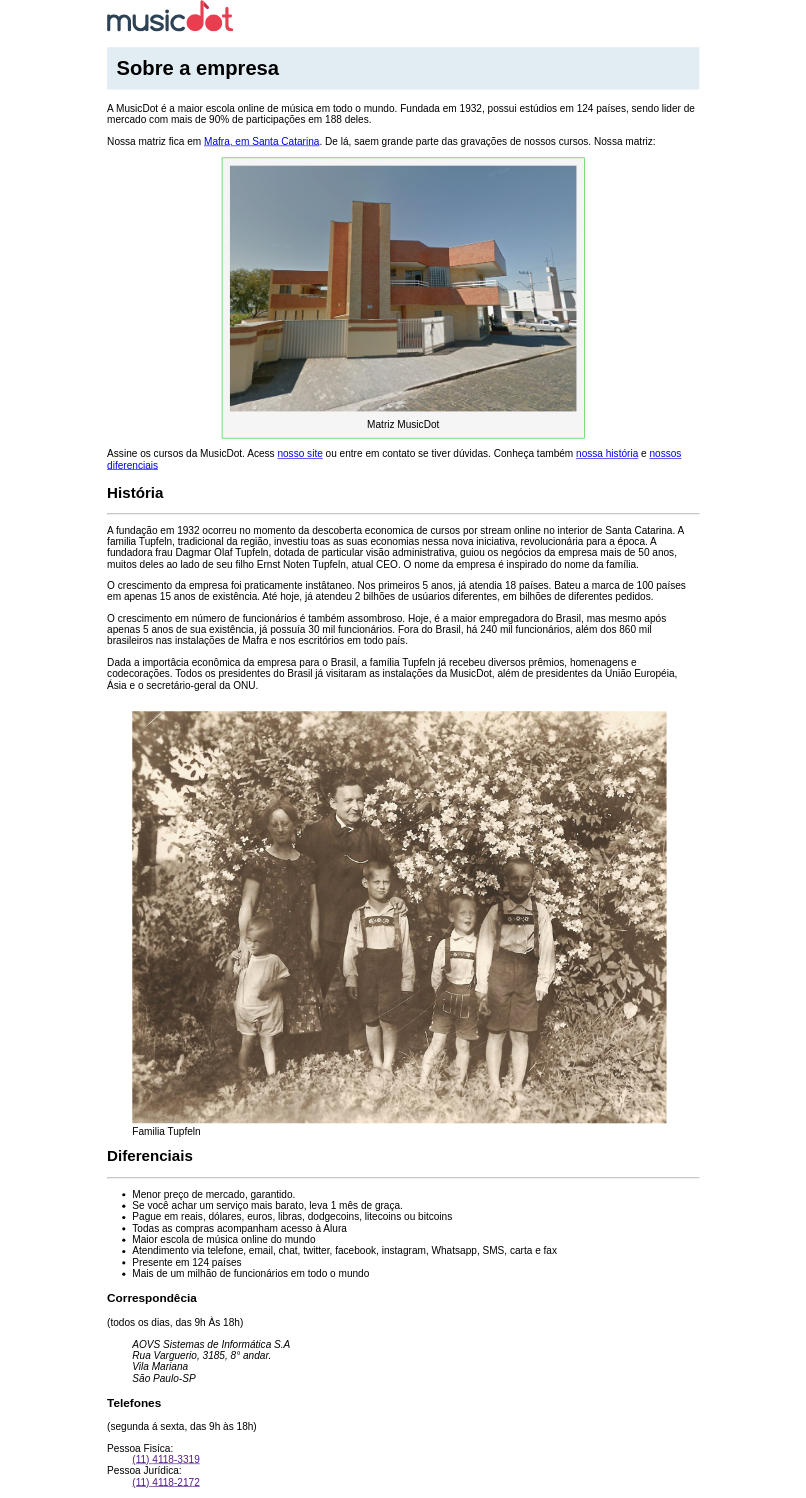
Repository: EmanuelUrbano/introducao_a_tecnologias
Page: 05_04_22/trabalho/projeto-musicdot/sobre.html
The author's editor kept a copy of each file at every save. The page is drawn from the files as they stood at one save, then again after the next save.
The browser window is 1280 px wide. The pictures show the whole page, at 63% of full size.

Above is the page before, as saved 2022-05-23 17:41:59.

After the next save:
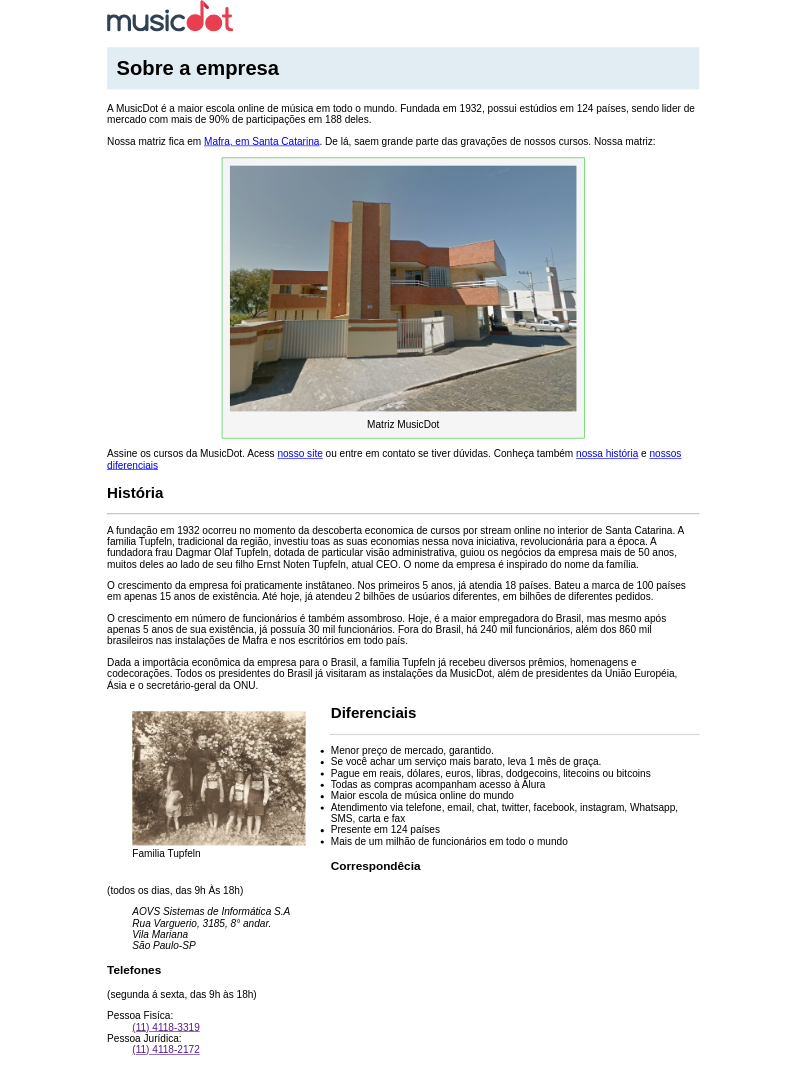
Saved 5 s later.
--- a/05_04_22/trabalho/projeto-musicdot/sobre.css
+++ b/05_04_22/trabalho/projeto-musicdot/sobre.css
@@ -30,7 +30,7 @@
 
 figure#familia_tupfeln{
     float: left;
-    min-width: 275px;
+    width: 275px;
 }
 
 img[alt="familia-tupfeln"]{
